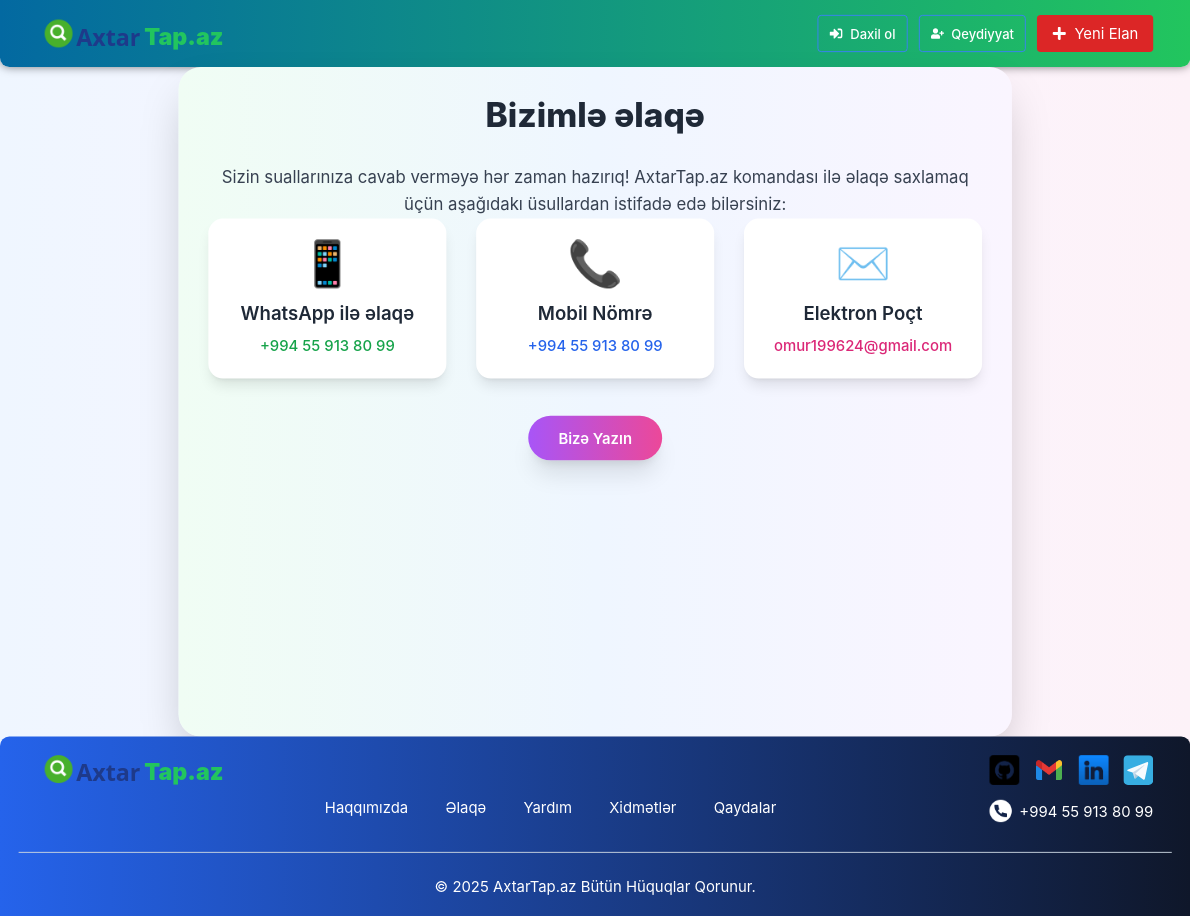
Repository: Omur56/AxtarTap.az
Page: /contact
The author's editor kept a copy of each file at every save. The page is drawn from the files as they stood at one save, then again after the next save.
The browser window is 1280 px wide. The pictures show the whole page, at 93% of full size.
The project was rebuilt for these pictures with package versions that can differ from the ones it lists, and the page was loaded fresh each time. Some packages were replaced by stand-ins written for this rebuild. Also part of the build but not shown: src/pages/Katalog/Cateqories/index.jsx, src/pages/Katalog/index.jsx, src/pages/About/index.jsx, src/pages/Qaydalar/index.jsx, src/pages/Yardım/index.jsx, src/pages/Xidmetler/index.jsx, src/pages/Home/index.jsx, src/components/CreatePostNeqliyyat/index.jsx and 32 more.

Above is the page before, as saved 2025-08-21 19:38:28.

After the next save:
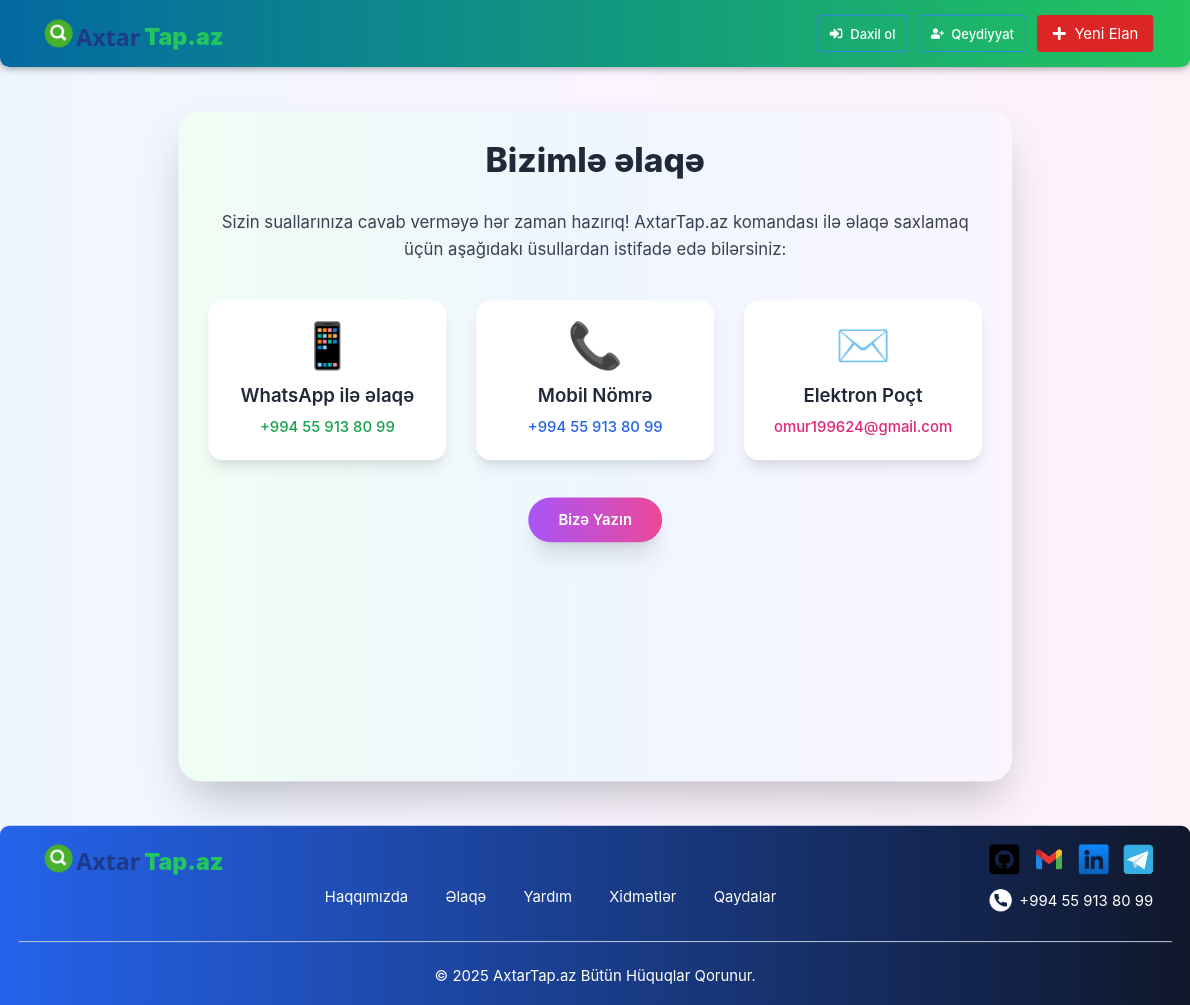
Saved 6 s later.
--- a/src/pages/Contact/index.jsx
+++ b/src/pages/Contact/index.jsx
@@ -4,10 +4,10 @@
 const Contact = () => {
     return (
         <div>
-            <div className="max-w-4xl mx-auto p-8  min-h-screen bg-gradient-to-r from-green-50 via-blue-50 to-purple-50 rounded-3xl shadow-2xl">
+            <div className="max-w-4xl mx-auto p-8 mt-12 mb-12 min-h-screen bg-gradient-to-r from-green-50 via-blue-50 to-purple-50 rounded-3xl shadow-2xl">
   <h2 className="text-4xl font-extrabold text-gray-800 mb-8 text-center">Bizimlə əlaqə</h2>
 
-  <p className="text-gray-700 text-lg leading-relaxed text-center ">
+  <p className="text-gray-700 text-lg leading-relaxed text-center mb-10">
     Sizin suallarınıza cavab verməyə hər zaman hazırıq! AxtarTap.az komandası ilə əlaqə saxlamaq üçün aşağıdakı üsullardan istifadə edə bilərsiniz:
   </p>
 
